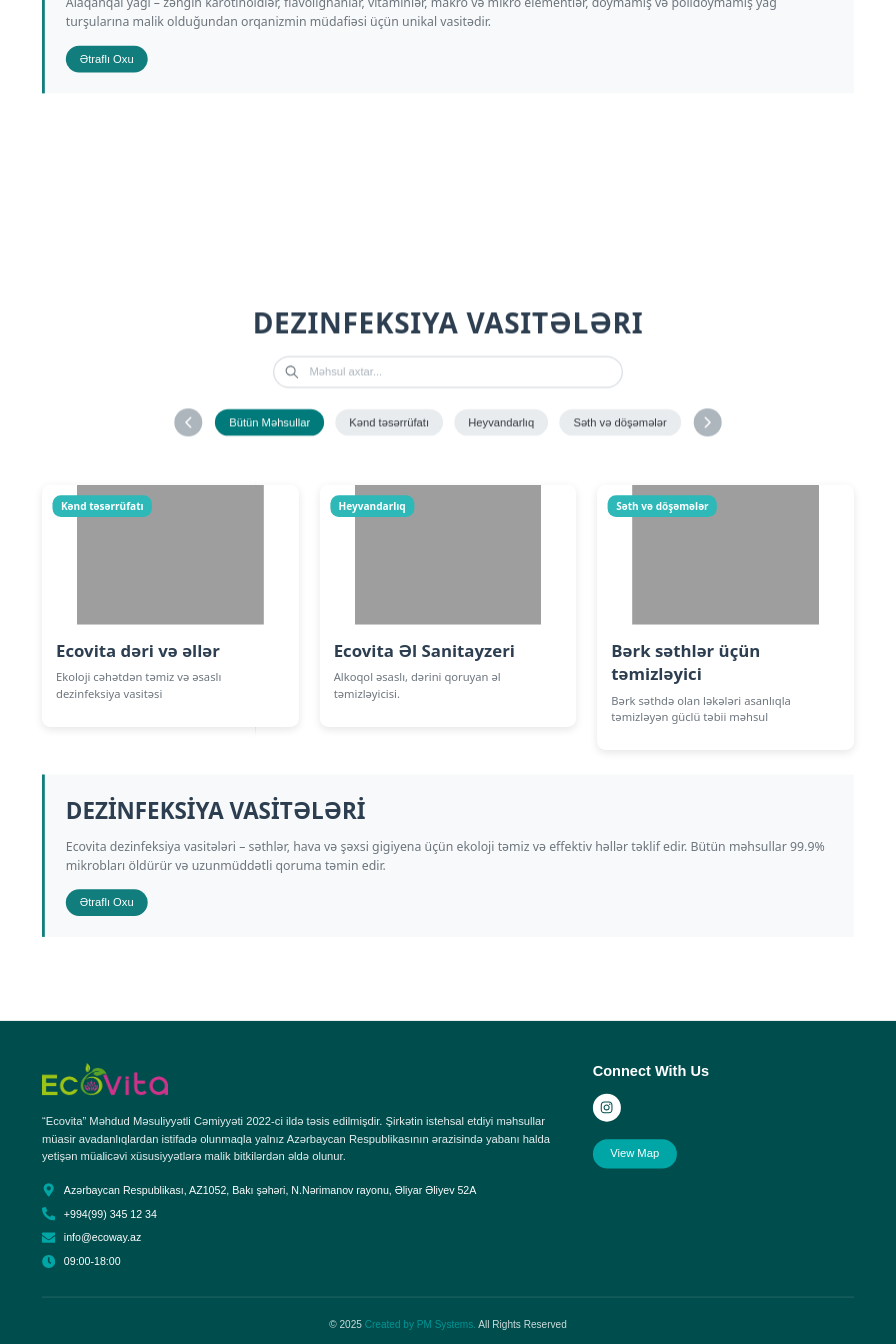
Repository: ferhadsultan98/ecovita
Page: /
The author's editor kept a copy of each file at every save. The page is drawn from the files as they stood at one save, then again after the next save.
The browser window is 1280 px wide. The pictures show the part of the page from y = 3178 to 5098 px (the page is 5098 px tall), at 70% of full size.
Pictures or frames that could not be fetched are drawn as grey boxes. The project was rebuilt for these pictures with package versions that can differ from the ones it lists, and the page was loaded fresh each time. Also part of the build but not shown: vite.config.js.

Above is the page before, as saved 2025-05-07 14:21:23.

After the next save:
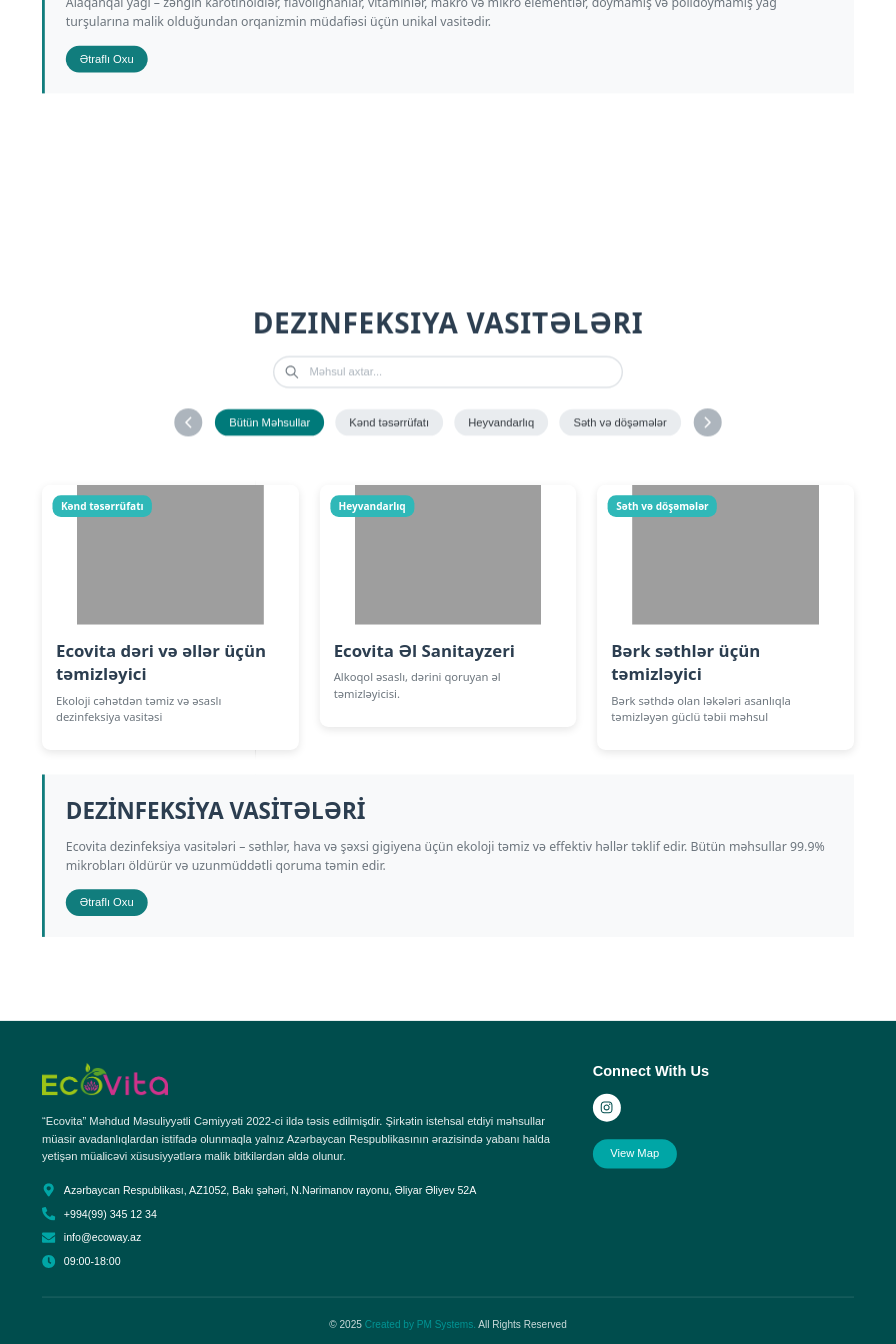
Saved 10 s later.
--- a/src/Pages/MenuSection/menuItems.json
+++ b/src/Pages/MenuSection/menuItems.json
@@ -40,7 +40,7 @@
       "items": [
         {
           "id": "1",
-          "name": { "az": "Ecovita dəri və əllər" },
+          "name": { "az": "Ecovita dəri və əllər üçün təmizləyici" },
           "description": {
             "az": "Ekoloji cəhətdən təmiz və əsaslı dezinfeksiya vasitəsi"
           },
